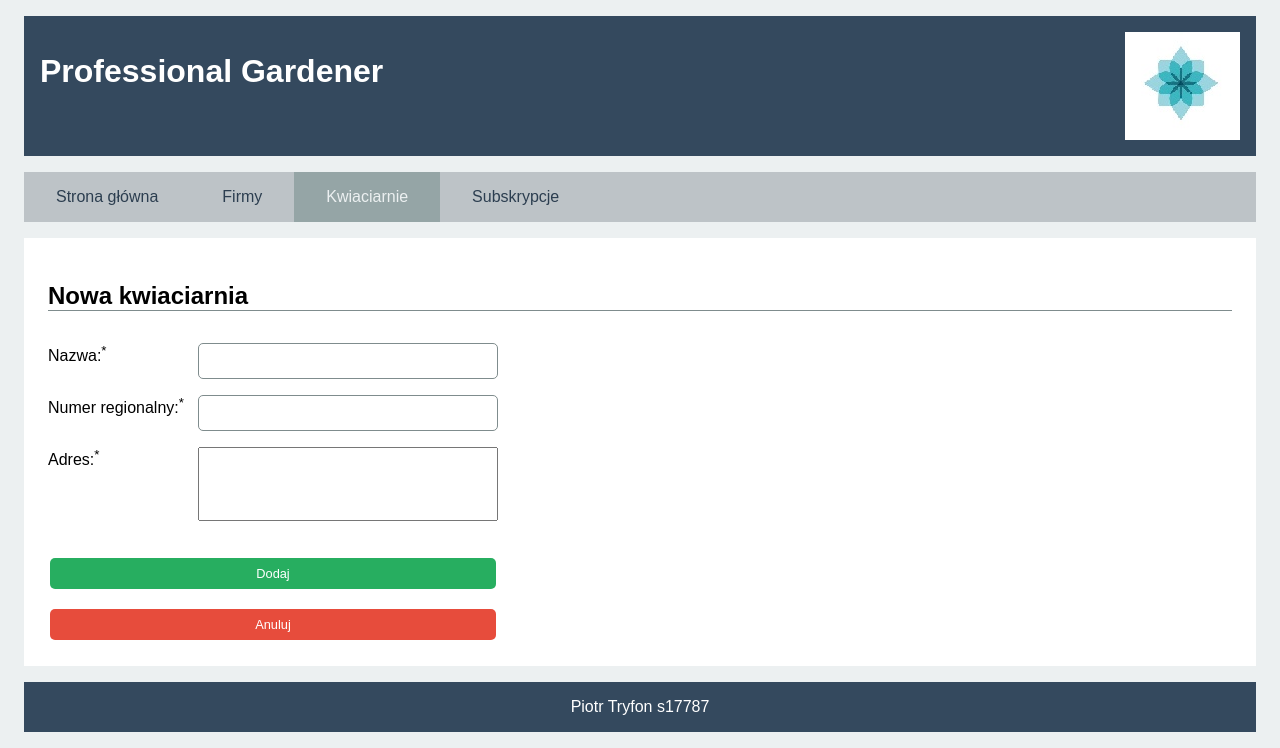
Repository: s17787/TIN
Page: tin_zaoczne_12_s17787_html-css/pages/florist-form.html
The author's editor kept a copy of each file at every save. The page is drawn from the files as they stood at one save, then again after the next save.
The browser window is 1280 px wide. The pictures show the whole page.

Above is the page before, as saved 2021-01-06 09:37:28.

After the next save:
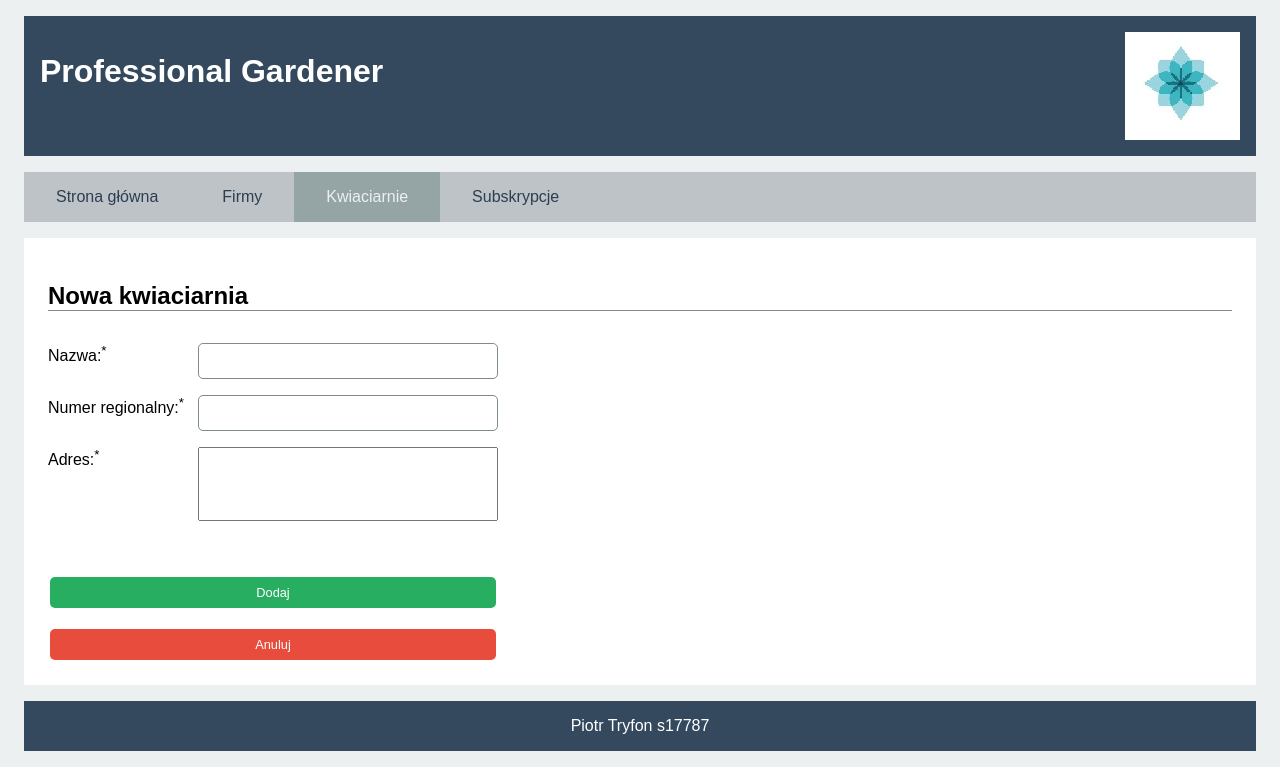
Saved 32 s later.
--- a/tin_zaoczne_12_s17787_html-css/pages/florist-form.html
+++ b/tin_zaoczne_12_s17787_html-css/pages/florist-form.html
@@ -37,6 +37,7 @@
                 <span id="errorAdres" class="errors-text"></span>
             <!--</div>-->
             <!--<div class="form-group">-->
+                <p id="errorsSummary" class="errors-text"></p>
                 <p><a href="florist-list.html" class="form-button-submit" >Dodaj</a></p>
                 <p><a href="florist-list.html" class="form-button-cancel" >Anuluj</a></p>
             <!--</div>-->
